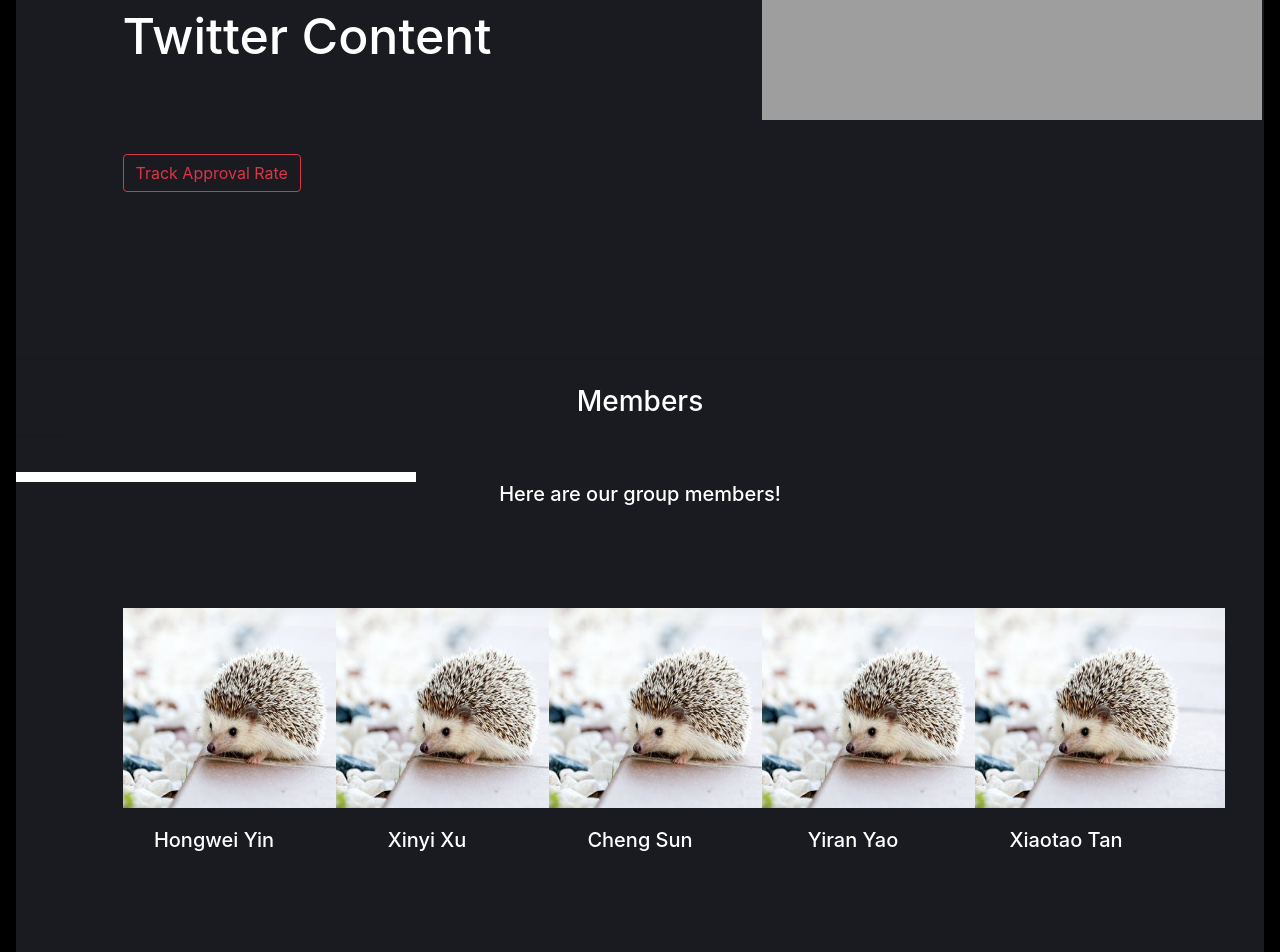
Repository: gusyi/COMP90024_Team29
Page: frontend/templates/frontend/home.html
An editor plug-in stored every save of this project. The page is shown before and after the next save, followed by the edit.
The browser window is 1280 px wide. The pictures show the part of the page from y = 559 to 1511 px (the page is 1575 px tall).
Pictures or frames that could not be fetched are drawn as grey boxes. Some web libraries are served in a nearby version. The template is drawn by Django 3.2. The application's start-up code is not run. Other server files are loaded and not shown. The template is opened directly, without the code that normally fills it, so the values that code supplies are empty.

Above is the page before, as saved 2020-05-25 23:43:05.

### backend/frontend/templates/frontend/home.html
{% extends "base_generic.html" %}

{% block main%}

    <div style="background-color:rgb(25, 27, 33);">


    <div style="height: 30px"></div>

    <div class="row">
        <div class="col-sm-1"></div>
        <div class="col-sm-6">
           <div style="height: 70px"></div>
            <h1 style="font-size:100px;color:white;" > Scott Morrison</h1>
            <svg height="30" width="1000">
                <line x1="0" y1="30" x2="400" y2="30" style="stroke:rgb(255,255,255);stroke-width:20" />
            </svg>
            <div style="height: 20px"></div>
            <h1 style="font-size:50px;color:white;" > A Sentiment Analysis on</h1>
            <h1 style="font-size:50px;color:white;" > Twitter Content</h1>

            <div style="height: 80px"></div>
            <a href="/map/"><button type="button" class="btn btn-outline-danger">Track Approval Rate</button></a>


        </div>
        <div class="col-sm-5">
            <div style="height: 50px"></div>
            {% load static %}
            <img src="{% static 'frontend/images/test2.svg' %}" width="500" height="500"/>


        </div>

    </div>
    <div style="height: 150px"></div>
    <hr>

    <div style="height: 10px"></div>
    <h3  style="text-align: center;color:white;"> Members</h3>
    <hr style="width:50px;text-align:center;color:white;margin-left:0">
    <svg height="30" width="1000">
        <line x1="0" y1="30" x2="400" y2="30" style="stroke:rgb(255,255,255);stroke-width:20" />
    </svg>
    <h5  style="text-align: center;color:white;"> Here are our group members!</h5>
    <br>
    <div style="height: 20px"></div>
    <div class="row">
        <div class="col-sm-1"></div>
        <div class="col-sm-2">

            <div style="height: 50px"></div>
            {% load static %}
            <img src="{% static 'frontend/images/pic1.jpeg' %}" width="250" height="200"/>
            <div style="height: 20px"></div>

            <h5 style="text-align: center;color:white;">Hongwei Yin</h5>


        </div>

        <div class="col-sm-2">
            <div style="height: 50px"></div>
            {% load static %}
            <img src="{% static 'frontend/images/pic1.jpeg' %}" width="250" height="200"/>
            <div style="height: 20px"></div>

            <h5 style="text-align: center;color:white;">Xinyi Xu</h5>


        </div>

        <div class="col-sm-2">
            <div style="height: 50px"></div>
            {% load static %}
            <img src="{% static 'frontend/images/pic1.jpeg' %}" width="250" height="200"/>
            <div style="height: 20px"></div>

            <h5 style="text-align: center;color:white;">Cheng Sun</h5>


        </div>

        <div class="col-sm-2">
            <div style="height: 50px"></div>
            {% load static %}
            <img src="{% static 'frontend/images/pic1.jpeg' %}" width="250" height="200"/>
            <div style="height: 20px"></div>

            <h5 style="text-align: center;color:white;">Yiran Yao</h5>


        </div>

        <div class="col-sm-2">
            <div style="height: 50px"></div>
            {% load static %}
            <img src="{% static 'frontend/images/pic1.jpeg' %}" width="250" height="200"/>
            <div style="height: 20px"></div>

            <h5 style="text-align: center;color:white;">Xiaotao Tan</h5>


        </div>

    </div>
    <div style="height: 100px"></div>



    <div>

    </div>
    </div>



{% endblock %}

### backend/frontend/templates/base_generic.html
<!doctype html>
<html lang="en">
  <head>
    <meta charset="utf-8">
    <meta name="viewport" content="width=device-width, initial-scale=1, shrink-to-fit=no">
    <meta name="description" content="">
    <meta name="author" content="Mark Otto, Jacob Thornton, and Bootstrap contributors">
    <meta name="generator" content="Jekyll v3.8.6">
    {% block title %}<title>Morrison Index</title>{% endblock %}


    <link rel="canonical" href="https://getbootstrap.com/docs/4.4/examples/cover/">

  {% load static %}
  <link rel="stylesheet" href="{% static 'frontend/bootstrap.min.css' %}">
  <script src="https://kit.fontawesome.com/e01ef97213.js" crossorigin="anonymous"></script>

    <!-- Favicons -->
<link rel="apple-touch-icon" href="/docs/4.4/assets/img/favicons/apple-touch-icon.png" sizes="180x180">
<link rel="icon" href="/docs/4.4/assets/img/favicons/favicon-32x32.png" sizes="32x32" type="image/png">
<link rel="icon" href="/docs/4.4/assets/img/favicons/favicon-16x16.png" sizes="16x16" type="image/png">
<link rel="manifest" href="/docs/4.4/assets/img/favicons/manifest.json">
<link rel="mask-icon" href="/docs/4.4/assets/img/favicons/safari-pinned-tab.svg" color="#563d7c">
<link rel="icon" href="/docs/4.4/assets/img/favicons/favicon.ico">
<meta name="msapplication-config" content="/docs/4.4/assets/img/favicons/browserconfig.xml">
<meta name="theme-color" content="#563d7c">

    <style>
        #footer {

            padding: 10px 10px 0px 10px;
            bottom: 0;
            width: 100%;
            /* Height of the footer*/
            height: 40px;
            background: dark;
        }
        .bd-placeholder-img {
          font-size: 1.125rem;
          text-anchor: middle;
          -webkit-user-select: none;
          -moz-user-select: none;
          -ms-user-select: none;
          user-select: none;
        }

        @media (min-width: 768px) {
          .bd-placeholder-img-lg {
            font-size: 3.5rem;
          }
        }
    </style>

  </head>
  <header class="masthead mb-auto">
    <div class="inner">

        <nav class="navbar navbar-expand-lg navbar-dark bg-black">

            {% load static %}
            <img src="{% static 'frontend/images/website_logo_90_675.svg' %}" width="90" height="67"/>
            <a class="navbar-brand" href="/">Morrison Index</a>
            <button class="navbar-toggler" type="button" data-toggle="collapse" data-target="#navbarColor02" aria-controls="navbarColor02" aria-expanded="false" aria-label="Toggle navigation">
                <span class="navbar-toggler-icon"></span>
            </button>


            <div class="collapse navbar-collapse" id="navbarColor02">
                <ul class="navbar-nav mr-auto">
                <li class="nav-item active">
                    <a class="nav-link" href="/">Home <span class="sr-only">(current)</span></a>
                </li>
                <li class="nav-item">
                    <a class="nav-link" href="/map/">Map and Statistics</a>
                </li>
                </ul>

            </div>
        </nav>
    </div>
  </header>
  <body style="background-color:black;">

  {% load static %}
  <script src="{% static "frontend/main.js" %}"></script>
    <div class="cover-container d-flex w-100 h-100 p-3 mx-auto flex-column">


  <main role="main" class="inner cover">
  {% block main%}
  {% endblock%}

  </main>

  <div id="footer" >
    <div class="inner">
      <p>Website Developed by @UniMelb COMP90024 2020 Group 29</p>
    </div>
  </div>
</div>
</body>
<script src="https://code.jquery.com/jquery-3.4.1.slim.min.js" integrity="sha384-J6qa4849blE2+poT4WnyKhv5vZF5SrPo0iEjwBvKU7imGFAV0wwj1yYfoRSJoZ+n" crossorigin="anonymous"></script>
<script src="https://cdn.jsdelivr.net/npm/popper.js@1.16.0/dist/umd/popper.min.js" integrity="sha384-Q6E9RHvbIyZFJoft+2mJbHaEWldlvI9IOYy5n3zV9zzTtmI3UksdQRVvoxMfooAo" crossorigin="anonymous"></script>
<script src="https://stackpath.bootstrapcdn.com/bootstrap/4.4.1/js/bootstrap.min.js" integrity="sha384-wfSDF2E50Y2D1uUdj0O3uMBJnjuUD4Ih7YwaYd1iqfktj0Uod8GCExl3Og8ifwB6" crossorigin="anonymous"></script>

</html>

Loaded but not shown: backend/frontend/static/frontend/bootstrap.min.css (library); backend/frontend/static/frontend/main.js (library); backend/frontend/static/frontend/images/website_logo_90_675.svg (549 lines, source omitted)

After the next save:
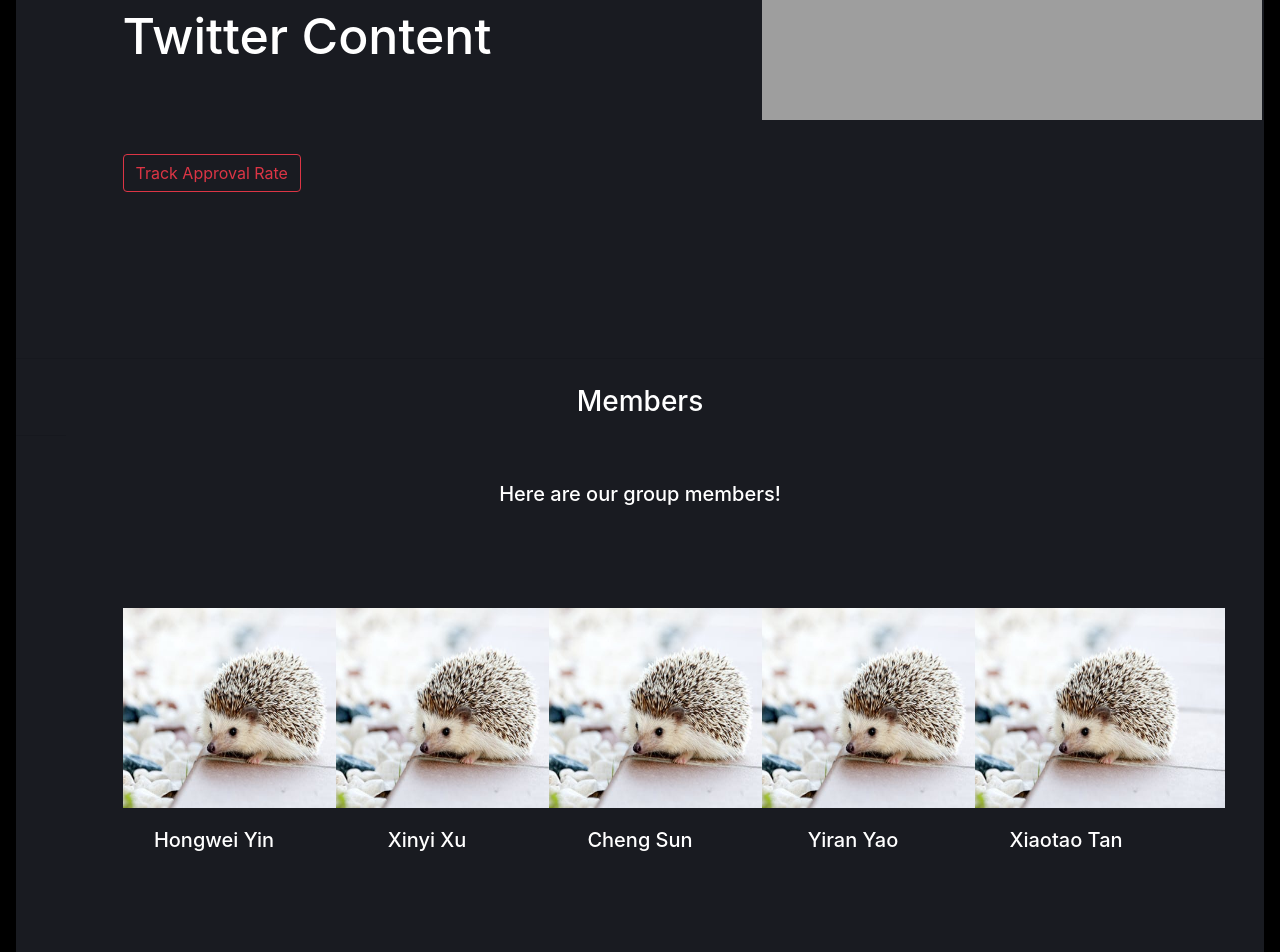
Saved 24 s later.
--- a/backend/frontend/templates/frontend/home.html
+++ b/backend/frontend/templates/frontend/home.html
@@ -40,7 +40,7 @@
     <h3  style="text-align: center;color:white;"> Members</h3>
     <hr style="width:50px;text-align:center;color:white;margin-left:0">
     <svg height="30" width="1000">
-        <line x1="0" y1="30" x2="400" y2="30" style="stroke:rgb(255,255,255);stroke-width:20" />
+        <line x1="1000" y1="30" x2="1400" y2="30" style="stroke:rgb(255,255,255);stroke-width:20" />
     </svg>
     <h5  style="text-align: center;color:white;"> Here are our group members!</h5>
     <br>
